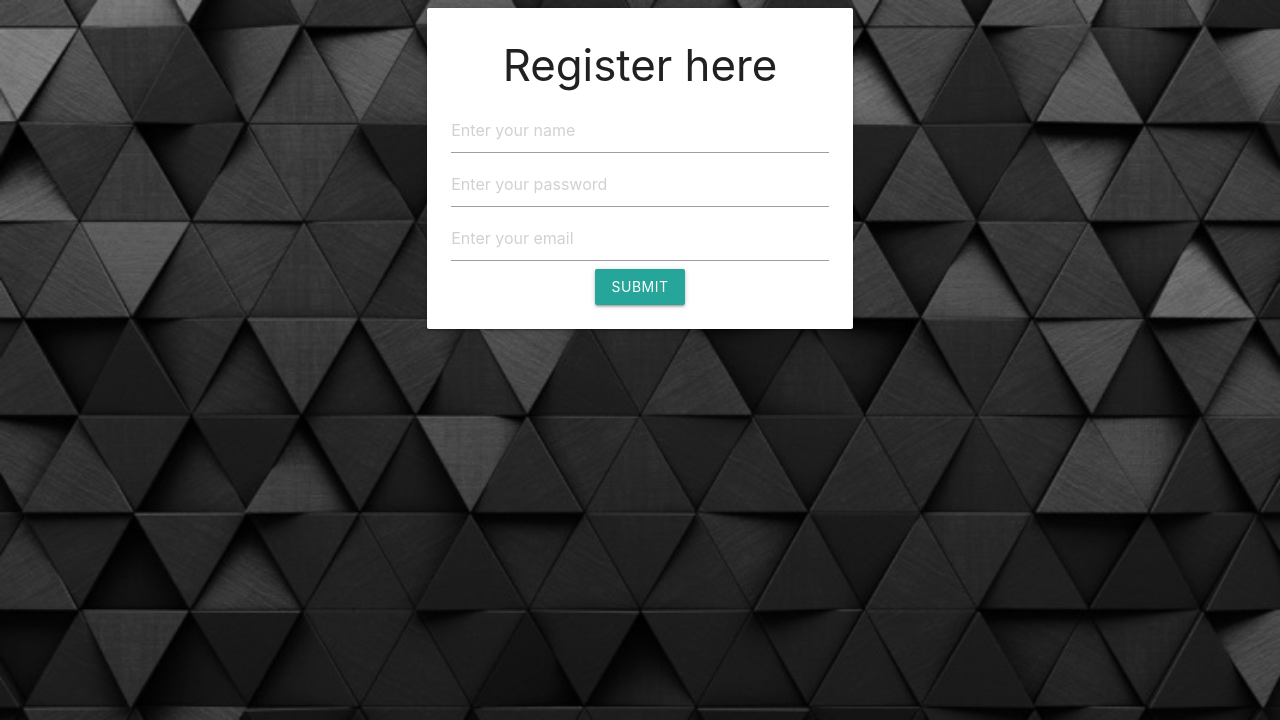
Repository: Attishgawali/JavaServletAndJSP
Page: http://localhost/Register/signup.jsp
These files come from the project's save history. The page is drawn as it stood at one moment and after the next save; the edit follows.
The browser window is 1280 px wide. The pictures show the whole page.
The page is served by Tomcat 9.

Above is the page before, as saved 2023-07-06 11:38:40.

### Register/src/main/webapp/signup.jsp
<%@ page language="java" contentType="text/html; charset=UTF-8"
	pageEncoding="UTF-8"%>
<!DOCTYPE html>
<html>
<head>
<meta charset="UTF-8">
<title>Insert title here</title>
<!-- Compiled and minified CSS -->
<link rel="stylesheet"
	href="https://cdnjs.cloudflare.com/ajax/libs/materialize/1.0.0/css/materialize.min.css">

<!-- Compiled and minified JavaScript -->
<script
	src="https://cdnjs.cloudflare.com/ajax/libs/materialize/1.0.0/js/materialize.min.js"></script>
</head>
<body style="background: url(image/shutterstock.jpg);background-size: cover;background-attachment: fixed">
	<div class="container">
		<div class="row">
			<div class="col m6 offset-m3">
				<div class="card">
					<div class="card-content">
						<h3 style="margin-top: 10px;" class="center-align">Register here</h3>
						<div class="form center-align">
							<form action="register" method="post">
								<input type="text" name="username" placeholder="Enter your name">
								<input type="password" name="userpassword" placeholder="Enter your password">
								<input type="email" name="useremail" placeholder="Enter your email">

								<button type="submit" class="btn">Submit</button>
							</form>
						</div>

						<div class="loader">

						</div>
					</div>
				</div>
			</div>
		</div>
	</div>
</body>
</html>

After the next save:
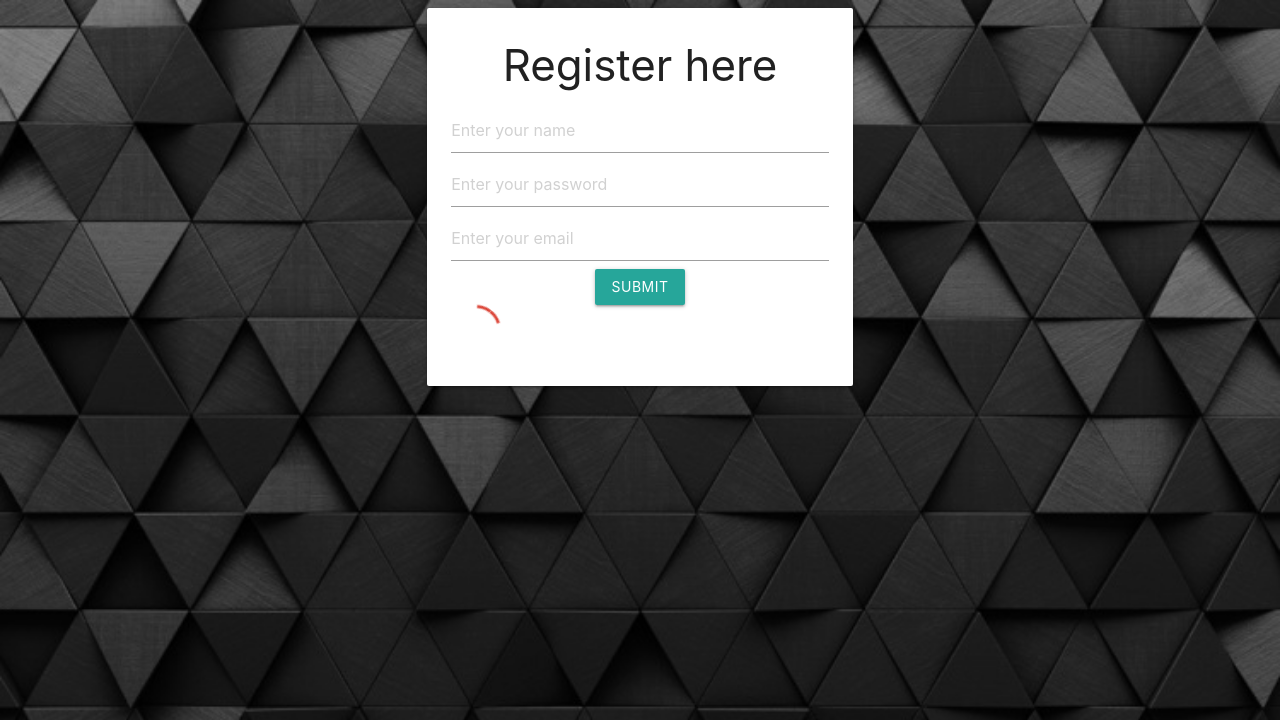
Saved 2 min 31 s later.
--- a/Register/src/main/webapp/signup.jsp
+++ b/Register/src/main/webapp/signup.jsp
@@ -13,25 +13,40 @@
 <script
 	src="https://cdnjs.cloudflare.com/ajax/libs/materialize/1.0.0/js/materialize.min.js"></script>
 </head>
-<body style="background: url(image/shutterstock.jpg);background-size: cover;background-attachment: fixed">
+<body
+	style="background: url(image/shutterstock.jpg); background-size: cover; background-attachment: fixed">
 	<div class="container">
 		<div class="row">
 			<div class="col m6 offset-m3">
 				<div class="card">
 					<div class="card-content">
-						<h3 style="margin-top: 10px;" class="center-align">Register here</h3>
+						<h3 style="margin-top: 10px;" class="center-align">Register
+							here</h3>
 						<div class="form center-align">
 							<form action="register" method="post">
 								<input type="text" name="username" placeholder="Enter your name">
-								<input type="password" name="userpassword" placeholder="Enter your password">
-								<input type="email" name="useremail" placeholder="Enter your email">
+								<input type="password" name="userpassword"
+									placeholder="Enter your password"> <input type="email"
+									name="useremail" placeholder="Enter your email">
 
 								<button type="submit" class="btn">Submit</button>
 							</form>
 						</div>
 
 						<div class="loader">
-
+							<div class="preloader-wrapper active">
+								<div class="spinner-layer spinner-red-only">
+									<div class="circle-clipper left">
+										<div class="circle"></div>
+									</div>
+									<div class="gap-patch">
+										<div class="circle"></div>
+									</div>
+									<div class="circle-clipper right">
+										<div class="circle"></div>
+									</div>
+								</div>
+							</div>
 						</div>
 					</div>
 				</div>
